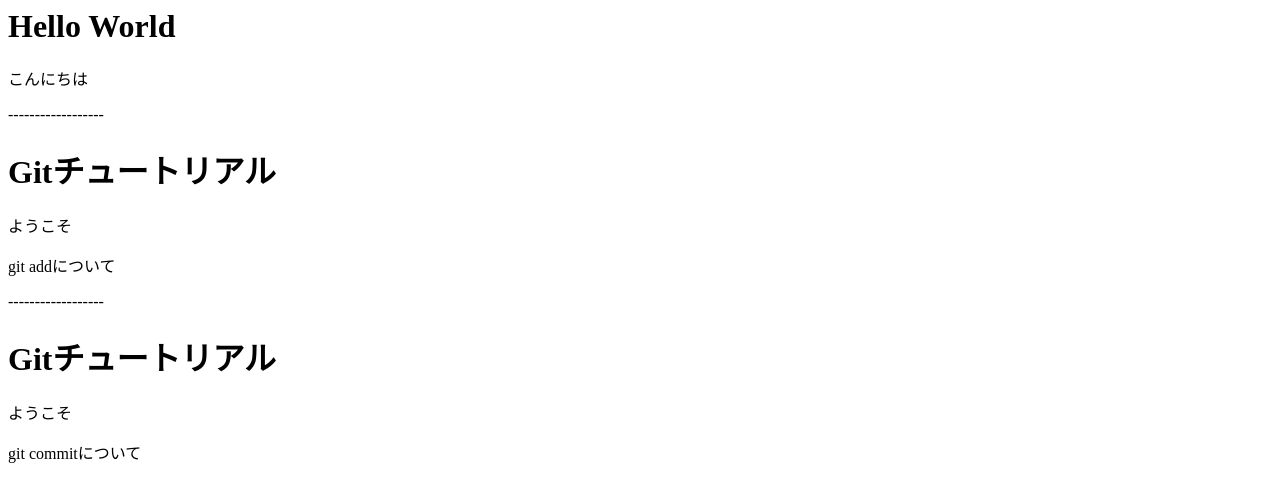
Repository: tatsuya1014/samurai_HTML-CSS
Page: index.html
The author's editor kept a record of every edit. The page is drawn from the files as they stood at one moment, then again after the next edit.
The browser window is 1280 px wide. The pictures show the whole page.

Above is the page before.

### index.html
<h1>Hello World</h1>
<p>こんにちは</p>

------------------
<h1>Gitチュートリアル</h1>
<p>ようこそ</p>
<p>git addについて</p>
------------------


<h1>Gitチュートリアル</h1>
<p>ようこそ</p>
<p>git commitについて</p>

After the next edit:
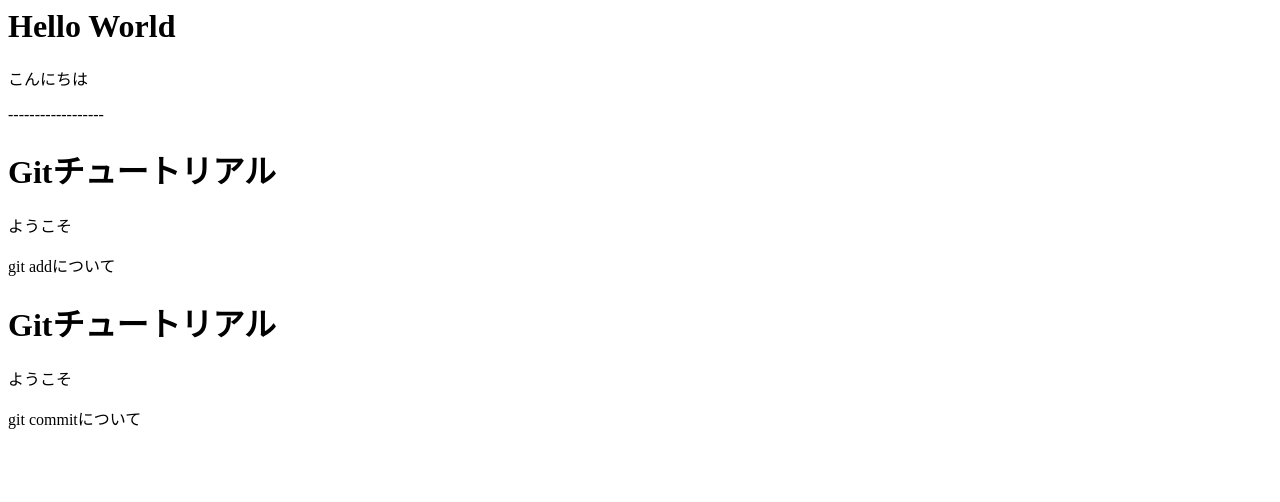
The edit:
--- a/index.html
+++ b/index.html
@@ -5,7 +5,7 @@
 <h1>Gitチュートリアル</h1>
 <p>ようこそ</p>
 <p>git addについて</p>
-------------------
+
 
 
 <h1>Gitチュートリアル</h1>
